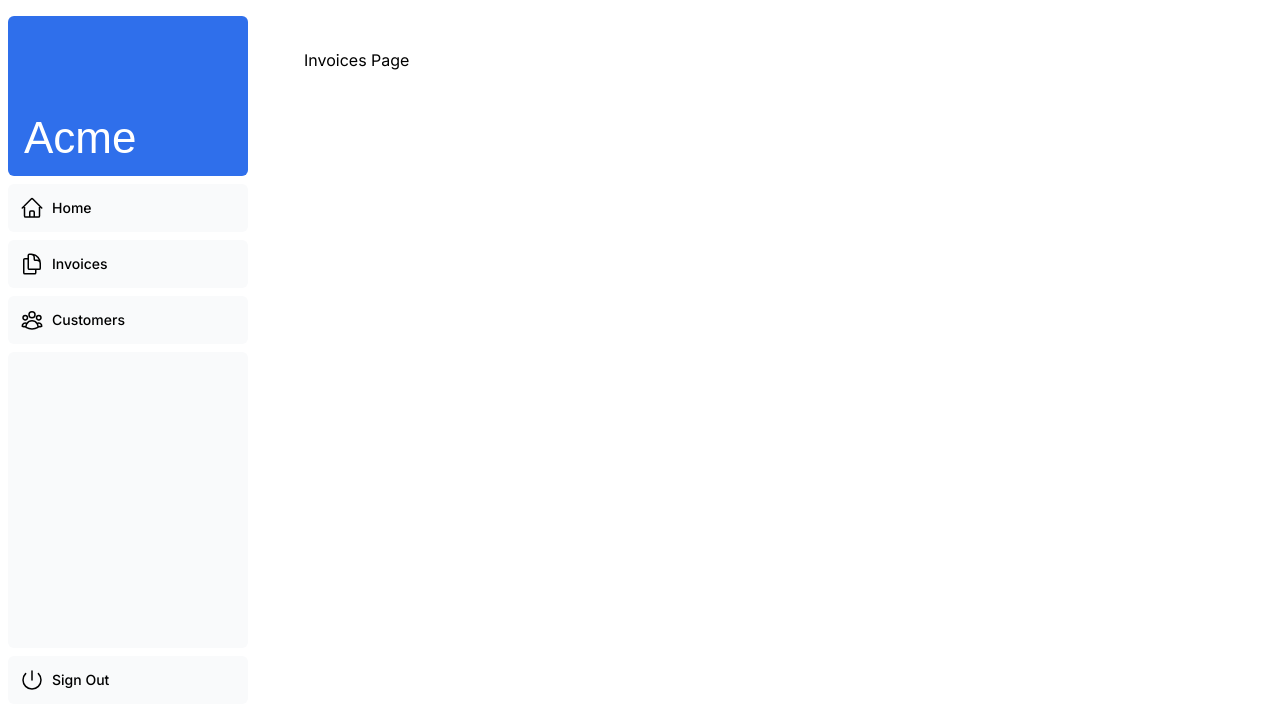
Repository: ThatGirlJam/jaime-portfolio
Page: /dashboard/projects
An editor plug-in stored every save of this project. The page is shown before and after the next save, followed by the edit.
The browser window is 1280 px wide. The pictures show the whole page.
Some web fonts or font styles are not loaded; a fallback is used. The project was rebuilt for these pictures with package versions that can differ from the ones it lists, and the page was loaded fresh each time. The framework's server and built-in components were replaced by stand-ins that run in the browser. Also part of the build but not shown: next.config.js.

Above is the page before, as saved 2024-04-09 21:13:39.

After the next save:
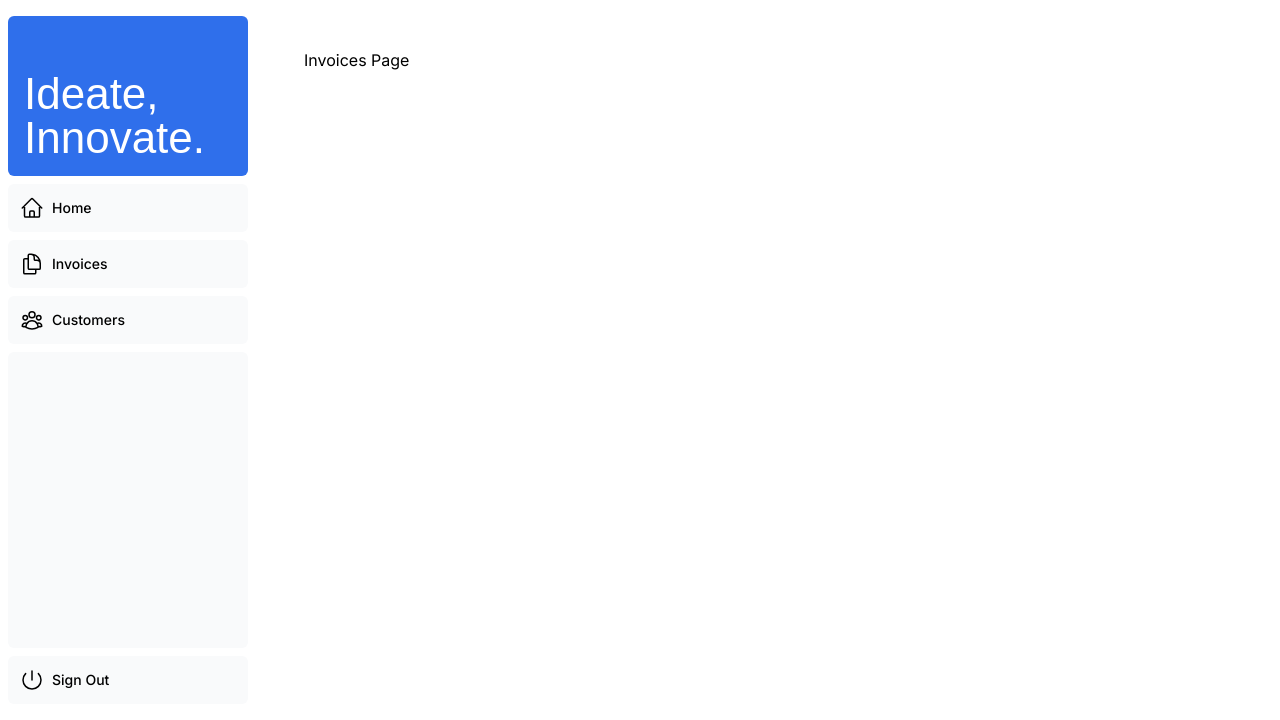
Saved 49 s later.
--- a/app/ui/acme-logo.tsx
+++ b/app/ui/acme-logo.tsx
@@ -5,7 +5,7 @@ export default function AcmeLogo() {
     <div
       className={`${lusitana.className} flex flex-row items-center leading-none text-white`}
     >
-      <p className="text-[44px]">Acme</p>
+      <p className="text-[44px]">Ideate, Innovate.</p>
     </div>
   );
 }
